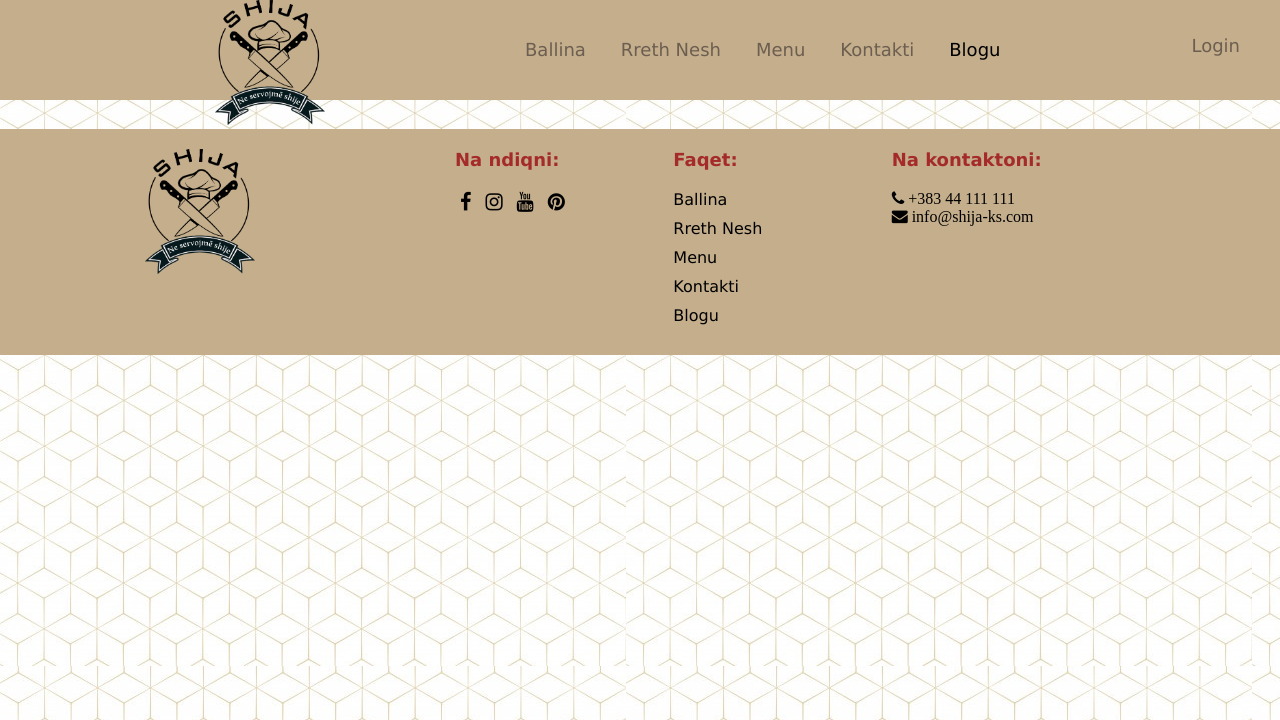
Repository: bs47892/ProjektiWeb-Shija2020
Page: blog.html
The author's editor kept a copy of each file at every save. The page is drawn from the files as they stood at one save, then again after the next save.
The browser window is 1280 px wide. The pictures show the whole page.
Some web fonts or font styles are not loaded; a fallback is used.

Above is the page before, as saved 2021-03-09 19:37:07.

### blog.html
<!DOCTYPE html>
<html lang="en" dir="ltr">
    <head>
        <meta charset="utf-8">
<title> Restaurant Shija </title>
<link rel="stylesheet" type="text/css" href ="style.css">
<link rel="stylesheet" href="https://stackpath.bootstrapcdn.com/font-awesome/4.7.0/css/font-awesome.min.css">
<link rel="preconnect" href="https://fonts.gstatic.com">

<link href="https://fonts.googleapis.com/css2?family=Dancing+Script&family=EB+Garamond&family=Lovers+Quarrel&display=swap" rel="stylesheet">
    </head>
    <body>
       <header class="header">
           <div class ="container">
               <div class="logo">
            <img src="images/logo-png.png" alt="llogo" width="110" height="125"/>
               </div>
           <nav>
            <ul>
                <li><a href="shija.html" class="underline">Ballina</a></li>
                <li><a href="RrethNesh.html" class="underline">Rreth Nesh</a></li>
                <li><a href="menu.html" class="underline">Menu</a></li>
                <li><a href="kontakti.html" class="underline">Kontakti</a></li>
                <li><a href="blog.html" class="underline active">Blogu</a></li>
            </ul>
            </nav>
            <li><a href="login/login.html" class="rightlog">Login</a></li>


           </div>
        </header>
 <!--********************Ketu perfundon tagu per header*****************************-->






 <!--**************************Ketu fillon footeri**********************************-->
<footer class="footer">
    <div class="inner_footer">
        <div class="logo">
            <img src="images/logo-png.png" alt="llogo" width="110" height="125"/>
        </div>
        <div class ="footer_third">

            <h3>Na ndiqni: </h3>
            <p>

            </p>
            <div class="socials">
            <ul>
            <li><a href="#"><i class="fa fa-facebook"></i></a></li>
            <li><a href="#"><i class="fa fa-instagram"></i></a></li>
            <li><a href="#"><i class="fa fa-youtube"></i></a></li>
            <li><a href="#"><i class="fa fa-pinterest"></i></a></li>
            </ul>
            </div>
        </div>
        <div class ="footer_third">
            <h3>Faqet: </h3>
            <p>

            </p>
            <div class="menu">
            <ul>
                <li><a href="shija.html">Ballina</a></li>
                <li><a href="RrethNesh.html">Rreth Nesh</a></li>
                <li><a href="menu.html">Menu</a></li>
                <li><a href="kontakti.html">Kontakti</a></li>
                <li><a href="blog.html">Blogu</a></li>
            </ul>
            </div>
            </div>

        <div class ="footer_third">
            <h3>Na kontaktoni: </h3>
            <p>

            </p>
            <div class="kontakti">
                <i class="fa fa-phone"> +383 44 111 111</i>
            <i class ="fa fa-envelope"> info@shija-ks.com</i>
            </div>
        </div>





    </footer>
    </body>
</html>

### style.css
*{
    margin:0;
    padding:0;
    list-style: none;
    text-decoration: none;
}
body{
    background-image:url(images/mainbackground.jpg);
}


header{
    min-height: 100px;
    background-color: rgb(196, 174, 140);
}
.logo {

    float:left;
    padding: 0 200px 0 215px;

}
nav ul li{
    float: left;
    line-height: 100px; /*text in the center*/
    padding-right: 15px;
}

nav ul li a{
    display: block;
    font-size: 18px;
    font-family:Verdana, Geneva, Tahoma, sans-serif;
    color:rgba(44, 37, 37, 0.582);
    padding: 0px 20px 1px 0px;

}

nav ul li a:hover{
    color:rgb(0, 0, 0);
}

.underline {
    display: inline;
    position: relative;
    user-select: none;
}



.underline::before {
    content: '';
    position: absolute;
    width: 100%;
    transform: scaleX(0);
    height: 3px;
    bottom: 0;
    left: 0;
    background-color: #000000c4;
    transform-origin: center;
    transition: transform 0.30s ease-out;
}
.underline:hover::before {
    transform: scaleX(1);
    transform-origin: center;
}

.active {
    color: black;
}
footer{
    position: relative;;    /*rreshti 47 dhe 48 e definojne poziten e footerit*/
    bottom: 0;
    width: 100vw;
    display: block;
    overflow: hidden;
    padding: 20px 0;
    box-sizing: border-box;
    background-color: rgb(196, 174, 140);
}
.inner_footer{
    display: block;
    margin: 0 auto;
    width: 1100px;
}
.inner_footer .logo{
   padding-left: 5%;

}
.inner_footer .footer_third{

  width: calc(21.666666667% - 20px);
  display: inline;
    float:left;
    height:100%
}
.inner_footer .footer_third:last-child{
    margin-right:0;
}
.inner_footer .footer_third h3{
    font-family: Verdana, Geneva, Tahoma, sans-serif;
    font-size:18px;
    color: brown;
    display:block;
    width: 100%;
    margin-bottom:20px;
}
.inner_footer .footer_third .socials a{
    font-family: Verdana, Geneva, Tahoma, sans-serif;

    display:block;
    color: black;
    font-weight:200;
    width: 100%;
    padding-bottom:20px;
}
.inner_footer .footer_third .socials li{
    display: inline-block;
    padding: 0 5px;
    font-size: 20px;
}
.inner_footer .footer_third .menu a{
    font-family:Verdana, Geneva, Tahoma, sans-serif;
    display:block;
    color: black;
    padding-bottom:10px;
}

.rightlog {
    float: right;
    display: block;
    font-size: 18px;
    font-family:Verdana, Geneva, Tahoma, sans-serif;
    color:rgba(44, 37, 37, 0.582);
    padding: 35px 40px 35px 35px;
}

.rightlog:hover {
    color: black;
}
/*main page (slider)*/
.slider{


    transform: translate(-25%, 0%);
       width:800px;
       height:500px;
       border-radius: 10px;
       overflow:hidden;

   }
   .slides{
       width:500%;
       height: 500px;
       display: flex;
   }
   .slides input{
       display: none;
   }
   .slide{
       width:20%;
       transition: 2s;
   }
   .slide img{
       width:800px;
       height:500px;
   }
   .navigation-manual{
   position: absolute;
   width:800px;
   margin-top: 460px;
   display: flex;
   justify-content: center;

   }
   .manual-btn{
       border:2px solid black;
       padding: 5px;
       border-radius: 10px;
       cursor:pointer;
       transition:1s;
   }
   .manual-btn:not(:last-child){
       margin-right: 40px;
   }
   .manual-btn:hover{
       background-color: black;

   }
   #radio1:checked ~ .first{
       margin-left:0;
   }
   #radio2:checked ~ .first{
       margin-left:-20%;
   }
   #radio3:checked ~ .first{
       margin-left:-40%;
   }
   #radio4:checked ~ .first{
       margin-left:-60%;
   }
   .navigation-auto{
       position: absolute;
       display: flex;
       width:800px;
       justify-content: center;
       margin-top: 460px;
   }
   .navigation-auto div{
       border:2px solid black;
       padding:5px;
       border-radius:10px;
       transition: 1s;
   }
   .navigation-auto div:not(:last-child){
       margin-right: 40px;
   }
   #radio:checked ~ .navigation-auto.auto-btn1{
       background: black;
   }
   #radio:checked ~ .navigation-auto.auto-btn2{
       background: black;
   }
   #radio:checked ~ .navigation-auto.auto-btn3{
       background: black;
   }
   #radio:checked ~ .navigation-auto.auto-btn4{
       background: black;
   }
   /*main slider perfundon ketu*/

   /*sllogani*/
   .sllogani{
       display:block;
       border:2px dotted rgb(196, 174, 140);
       height: 200px;
       width: 100%;
       background-color:white;
       margin-top: 50px;
   }
   .sllogani h1{
      font-size: 500%;
      font-family:  'Dancing Script', cursive;
      color: rgb(102, 69, 65);
      margin-top: 50px;
      margin-left: 30%;

   }
   /*perfundoi sllogani*/
   /*specialitet*/
   .specialiteti{
       display: block;
       border:1px solid white;
       height: 400px;
       width:100%;

   }
   .specialiteti img{
       float:left;
       margin-top:100px;
       margin-left: 20px;
       size: 275, 153;
   }
   .specialiteti h1{
       font-size: 300%;
       margin-top: 80px;
       font-family: 'EB Garamond', serif;
       font-style: italic;
   }
   .specialiteti p{
       float:right;
       font-size: 180%;
       margin-top: 25px;
       margin-right: 50px;
       line-height: 35px;
       font-family: 'EB Garamond', serif;
   }
   /*perfundon specialiteti*/
   .lokacioni{
    display: block;
    border:1px solid white;
    height: 500px;
    width:100%;
    background-color: white;

   }
.lokacioni img{
 float: left;
 margin-left: 50px;
}
.lokacioni h1{
    font-family: 'EB Garamond', serif;
    font-style: italic;
    margin-top: 50px;
    margin-left: 600px;
}
.lokacioni p{
float: right;
margin-right: 300px;
margin-top:50px;
font-size: 130%;
line-height: 50px;
font-family: 'EB Garamond', serif;
}
.lokacioni p i{
    color:rgb(143, 96, 91);
}

/* Rreth nesh */
.body02 {
    background-image:url(images/rrethdesc.png);
    height: 600px;
    width: 1536px;
}
.about-section{
    font-family: Verdana, Geneva, Tahoma, sans-serif;
}

.inner-container{
    height: 400px;
    font-family: 'Poppins', sans-serif;
}

.inner-container h1{
    font-size: 30px;
    font-weight: 900;
}

.text{
    font-size: 20px;
    color: #545454;
    line-height: px;
    text-align: justify;

}

h1 {
    margin-left: 41%;
    padding-top: 5px;
}

h2 {
    padding-top: 50px;
    padding-left: 30px;
}

p {
    line-height: 24px;
}

/*Menu fillon ketu*/
.menuja{
    border:3px dotted brown;
    border-radius: 10px;
    height: auto;
    width: 60%;
margin-left: 20%;
margin-top: 30px;
margin-bottom: 30px;
}
.menuja h1{
    font-family: 'Dancing Script', cursive ;
    font-size: 500%;
}
.menuja .titull{
    border: 1px solid black;
    height: 40px;
    width: 150px;
    text-align: center;
    background-color: coral;
    margin-left: 40%;
    margin-top: 50px;
}
.menuja .titull h2{
padding:0;
font-family: 'EB Garamond', serif;
}
.menuja ul{
    font-family: 'EB Garamond', serif;
    margin-left: 30px;
    margin-top: 15px;
    font-size: 200%;
    margin-bottom: 15px;

}
/*Menu perfundon ketu*/


/*Contact Form fillon ketu*/

.containerc {
    max-width: 700px;
    width: 100%;
    margin: 0% 30% 30% 28% ;
    position: relative;
  }

  #contact input[type="text"],
  #contact input[type="email"],
  #contact input[type="tel"],
  #contact input[type="url"],
  #contact textarea,
  #contact button[type="submit"] {
    font: 400 12px/16px "Roboto", Helvetica, Arial, sans-serif;
  }

  #contact {
    background: #F9F9F9;
    padding: 25px;
    margin: 150px 0;
    box-shadow: 0 0 20px 0 rgba(0, 0, 0, 0.2), 0 5px 5px 0 rgba(0, 0, 0, 0.24);
  }

  #contact h3 {
    display: block;
    font-size: 40px;
    font-weight: 300;
    margin-bottom: 10px;
    text-align:center;
    font-family: Fjalla One, sans-serif;
  }

  #contact h4 {
    margin: 5px 0 15px;
    display: block;
    font-size: 13px;
    font-weight: 400;
    text-align: center;
    font-family: Fjalla One, sans-serif;
  }

  fieldset {
    border: medium none !important;
    margin: 0 0 10px;
    min-width: 100%;
    padding: 0;
    width: 100%;
  }

  #contact input[type="text"],
  #contact input[type="email"],
  #contact input[type="tel"],
  #contact input[type="url"],
  #contact textarea {
    width: 100%;
    border: 1px solid #ccc;
    background: #FFF;
    margin: 0 0 5px;
    padding: 10px;
    font-family: Arial, Helvetica, sans-serif;
  }

  #contact input[type="text"]:hover,
  #contact input[type="email"]:hover,
  #contact input[type="tel"]:hover,
  #contact input[type="url"]:hover,
  #contact textarea:hover {
    -webkit-transition: border-color 0.3s ease-in-out;
    -moz-transition: border-color 0.3s ease-in-out;
    transition: border-color 0.3s ease-in-out;
    border: 1px solid #aaa;
    font-family: Arial, Helvetica, sans-serif;
  }

  #contact textarea {
    height: 100px;
    max-width: 100%;
    resize: none;
  }

  #contact button[type="submit"] {
    cursor: pointer;
    width: 100%;
    border: none;
    background: #000000e1;
    color: rgb(255, 255, 255);
    margin: 0 0 5px;
    padding: 10px;
    font-size: 15px;
    border: 3px solid black;
    border-radius: 10px;
  }

  #contact button[type="submit"]:hover {
    background: rgba(255, 255, 255, 0);
    color: rgb(11, 59, 11);
    border: 3px solid black;
    -webkit-transition: background 1s ease-in-out;
    -moz-transition: background 1s ease-in-out;
    transition: background-color 1s ease-in-out;
  }

  #contact button[type="submit"]:active {
    box-shadow: inset 0 1px 3px rgb(126, 0, 0);
  }

  .copyright {
    text-align: center;
  }

  .aboutlink {
    font-size: 18px;
    color: #000000;
  }

  .aboutlink:hover {
    font-size: 18.9px;
  }

  #contact input:focus,
  #contact textarea:focus {
    outline: 0;
    border: 1px solid #aaa;
  }

  ::-webkit-input-placeholder {
    color: #888;
  }

  :-moz-placeholder {
    color: #888;
  }

  ::-moz-placeholder {
    color: #888;
  }

  :-ms-input-placeholder {
    color: #888;
  }

After the next save:
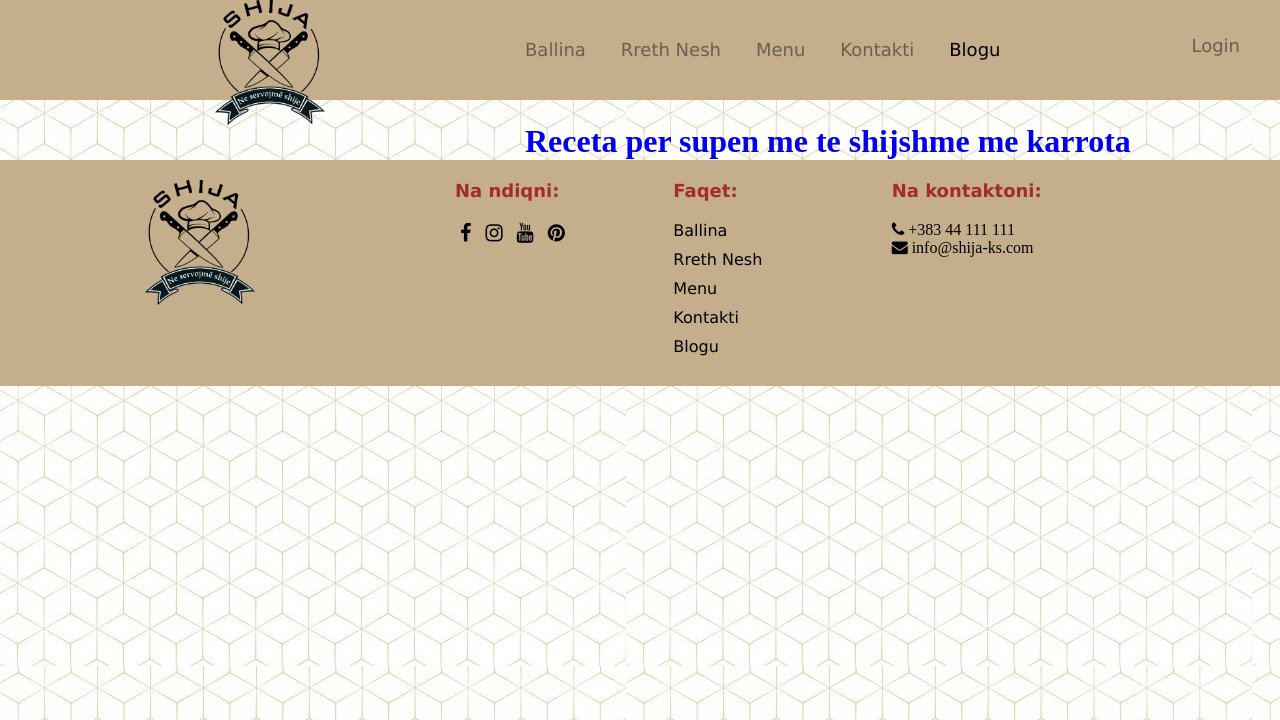
Saved 10 min 58 s later.
--- a/blog.html
+++ b/blog.html
@@ -30,7 +30,10 @@
            </div>
         </header>
  <!--********************Ketu perfundon tagu per header*****************************-->
-
+<div class="artikuj">
+    <img src="">
+    <h1><a href="artikulli1">Receta per supen me te shijshme me karrota</a></h1>
+</div>
 
 
 
